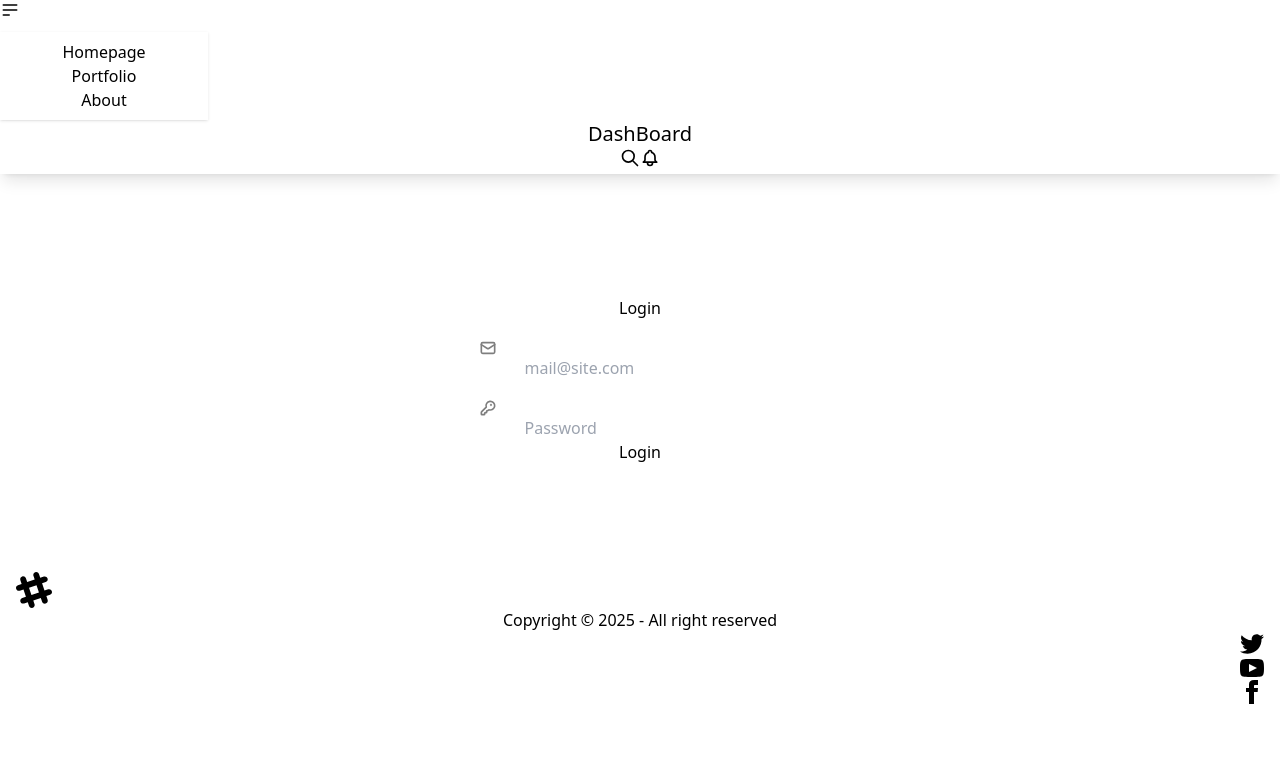
Repository: ROHIT8804/devTinderFrontEnd
Page: /login (app in devTinder-Web/)
These files come from the project's save history. The page is drawn as it stood at one moment and after the next save; the edit follows.
The browser window is 1280 px wide. The pictures show the whole page.
The project was rebuilt for these pictures with package versions that can differ from the ones it lists, and the page was loaded fresh each time. Also part of the build but not shown: devTinder-Web/vite.config.js, devTinder-Web/src/Profile.jsx.

Above is the page before, as saved 2025-07-26 17:05:59.

After the next save:
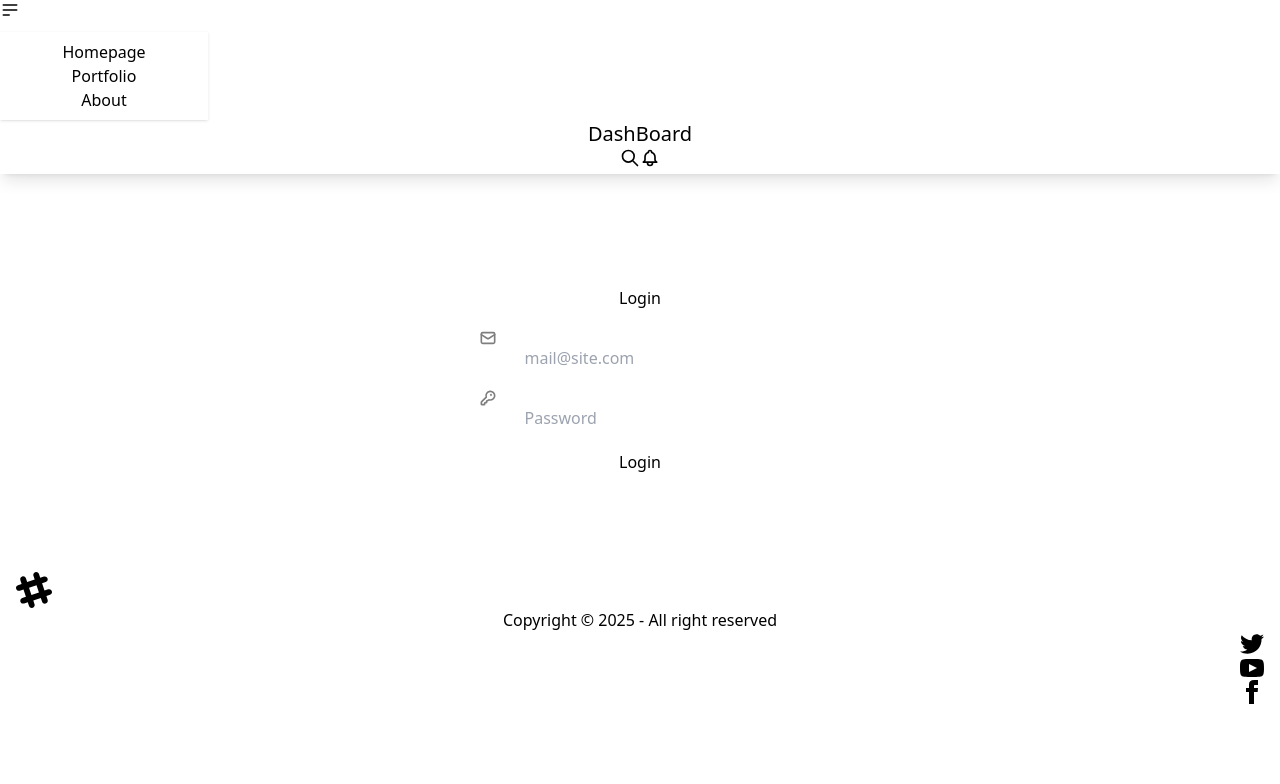
Saved 7 s later.
--- a/devTinder-Web/src/Login.jsx
+++ b/devTinder-Web/src/Login.jsx
@@ -60,7 +60,7 @@ function Login() {
             At least one uppercase letter
           </p>
         </div>
-        <div className="card-actions justify-center">
+        <div className="card-actions justify-center mt-5">
           <button className="btn btn-primary">Login</button>
         </div>
       </div>
